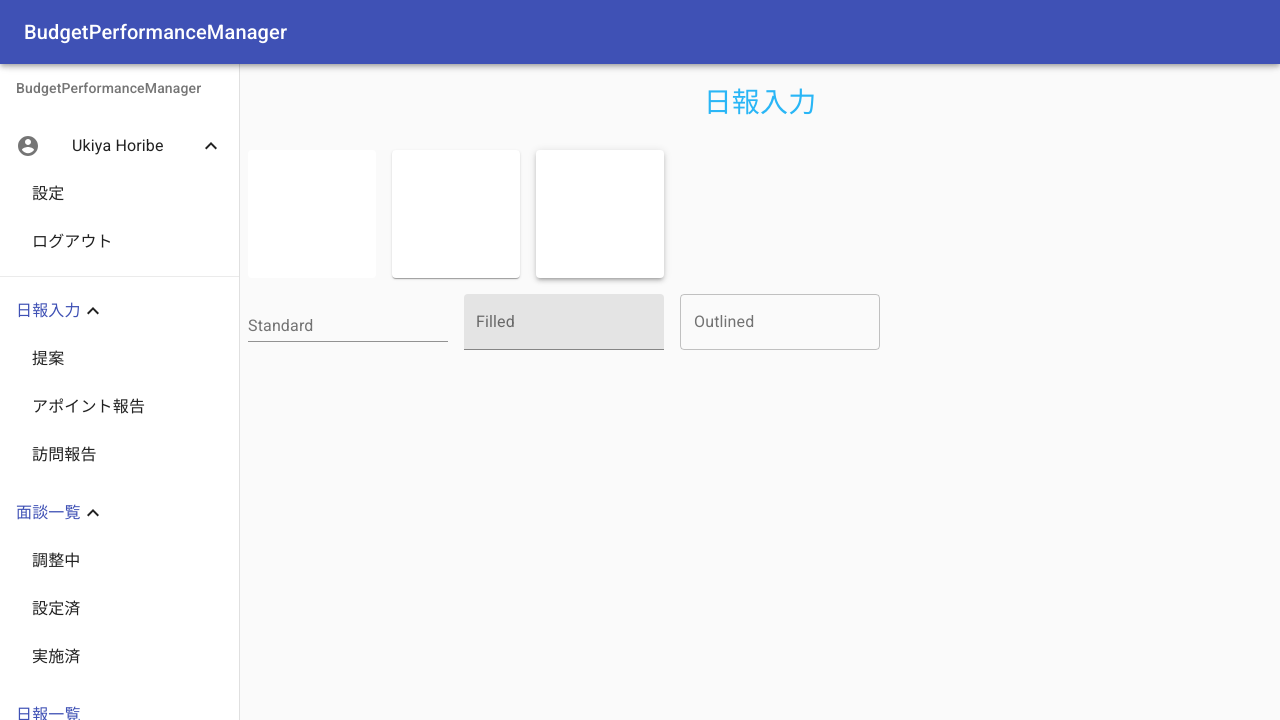
Repository: ukiyah/test
Page: /form_daily_report (app in src/)
These files come from the project's save history. The page is drawn as it stood at one moment and after the next save; the edit follows.
The browser window is 1280 px wide. The pictures show the whole page.
The project was rebuilt for these pictures with package versions that can differ from the ones it lists, and the page was loaded fresh each time. Also part of the build but not shown: src/Button.js, src/proposal/Table.js, src/proposal/list_proposal.js, src/Title.js, src/Chart.js, src/Deposits.js, src/Orders.js, src/Dashboard.js and 9 more.

Above is the page before, as saved 2020-02-26 13:40:01.

### src/index.css
body {
  margin: 0;
  font-family: -apple-system, BlinkMacSystemFont, 'Segoe UI', 'Roboto', 'Oxygen',
    'Ubuntu', 'Cantarell', 'Fira Sans', 'Droid Sans', 'Helvetica Neue',
    sans-serif;
  -webkit-font-smoothing: antialiased;
  -moz-osx-font-smoothing: grayscale;
}

code {
  font-family: source-code-pro, Menlo, Monaco, Consolas, 'Courier New',
    monospace;
}

.button {
  color: #000;
}

h1 {
  text-align: center;
  color:#29B6F6;
  font-weight: normal;
}

### src/App.js
import React from 'react';
import 'typeface-roboto';
import {
  BrowserRouter,
  Route
} from "react-router-dom";
import list_proposal from "./proposal/list_proposal";
import Dashboard from "./Dashboard";
import list_interview from "./interview/list_interview";
import list_closing from "./closing/list_closing";
import list_appointment from "./appointment/list_appointment";
import list_daily_report from "./daily_report/list_daily_report";
import form_daily_report from "./daily_report/form_daily_report";
class App extends React.Component{

  render() {
    return (
      <div>

        <BrowserRouter>
          <div>
            <Route exact path="/" component={Dashboard} />
            <Route path="/list_proposal" component={list_proposal} />
            <Route path="/list_interview" component={list_interview} />
            <Route path="/list_closing" component={list_closing} />
            <Route path="/list_appointment" component={list_appointment} />
            <Route path="/list_daily_report" component={list_daily_report} />
            <Route path="/form_daily_report" component={form_daily_report} />
          </div>
        </BrowserRouter>
        {/* <ClippedDrawer /> */}
      </div>
    );
  }

}

export default App;

### src/daily_report/form_daily_report.js
import React from 'react';
import { makeStyles } from '@material-ui/core/styles';
import CssBaseline from '@material-ui/core/CssBaseline';

import Drawer from "../Drawer";
import Form from "./Form";

const useStyles = makeStyles(theme => ({
  root: {
    display: 'flex',
  },
  appBarSpacer: theme.mixins.toolbar,
  content: {
    flexGrow: 1,
    height: '100vh',
    overflow: 'auto',
  },


}));

export default function Dashboard() {
  const classes = useStyles();

  return (
    <div className={classes.root}>
      <CssBaseline />
      <Drawer />
      <main className={classes.content}>
        <div className={classes.appBarSpacer} />
        <h1>日報入力</h1>
        <Form />
      </main>
    </div>
  );
}

### src/Drawer.js
import React from 'react';
import { makeStyles } from '@material-ui/core/styles';
import Drawer from '@material-ui/core/Drawer';
import AppBar from '@material-ui/core/AppBar';
import CssBaseline from '@material-ui/core/CssBaseline';
import Toolbar from '@material-ui/core/Toolbar';
import Typography from '@material-ui/core/Typography';
import SimpleTable from "./proposal/Table";
import NestedList from "./NestedList";
const drawerWidth = 240;

const useStyles = makeStyles(theme => ({
  root: {
    display: 'flex',
  },
  appBar: {
    zIndex: theme.zIndex.drawer + 1,
  },
  drawer: {
    width: drawerWidth,
    flexShrink: 0,
  },
  drawerPaper: {
    width: drawerWidth,
  },
  content: {
    flexGrow: 1,
    padding: theme.spacing(3),
  },
  toolbar: theme.mixins.toolbar,
}));

export default function ClippedDrawer() {
  const classes = useStyles();

  return (
    <div className={classes.root}>
      <CssBaseline />
      <AppBar position="fixed" className={classes.appBar}>
        <Toolbar>
          <Typography variant="h6" noWrap>
            BudgetPerformanceManager
          </Typography>
        </Toolbar>
      </AppBar>
      <Drawer
        className={classes.drawer}
        variant="permanent"
        classes={{
          paper: classes.drawerPaper,
        }}
      >
        <div className={classes.toolbar} />
        <NestedList />
      </Drawer>

    </div>
  );
}

### src/daily_report/Form.js
import React from 'react';
import { makeStyles } from '@material-ui/core/styles';
import TextField from '@material-ui/core/TextField';
import Paper from "./Paper";
const useStyles = makeStyles(theme => ({
    root: {
        '& > *': {
            margin: theme.spacing(1),
            width: 200,
        },
    },
}));

export default function BasicTextFields() {
    const classes = useStyles();

    return (
        <div>
            <Paper />
            <form className={classes.root} noValidate autoComplete="off">
                <TextField id="standard-basic" label="Standard" />
                <TextField id="filled-basic" label="Filled" variant="filled" />
                <TextField id="outlined-basic" label="Outlined" variant="outlined" />
            </form>
        </div>

    );
}

### src/NestedList.js
import React from 'react';
import { makeStyles } from '@material-ui/core/styles';
import ListSubheader from '@material-ui/core/ListSubheader';
import List from '@material-ui/core/List';
import ListItem from '@material-ui/core/ListItem';
import ListItemIcon from '@material-ui/core/ListItemIcon';
import ListItemText from '@material-ui/core/ListItemText';
import Collapse from '@material-ui/core/Collapse';
import InboxIcon from '@material-ui/icons/MoveToInbox';
import DraftsIcon from '@material-ui/icons/Drafts';
import SendIcon from '@material-ui/icons/Send';
import ExpandLess from '@material-ui/icons/ExpandLess';
import ExpandMore from '@material-ui/icons/ExpandMore';
import StarBorder from '@material-ui/icons/StarBorder';
import AccountCircle from '@material-ui/icons/AccountCircle';
import Divider from '@material-ui/core/Divider';
import Link from '@material-ui/core/Link';
const useStyles = makeStyles(theme => ({
  root: {
    width: '100%',
    maxWidth: 360,
    backgroundColor: theme.palette.background.paper,
  },
  nested: {
    paddingLeft: theme.spacing(4),
  },
}));

export default function NestedList() {
  const classes = useStyles();
  const [open1, setOpen1] = React.useState(true);
  const [open2, setOpen2] = React.useState(true);
  const [open3, setOpen3] = React.useState(true);
  const [open4, setOpen4] = React.useState(true);

  const handleClick1 = () => {
    setOpen1(!open1);
  };
  const handleClick2 = () => {
    setOpen2(!open2);
  };
  const handleClick3 = () => {
    setOpen3(!open3);
  };
  const handleClick4 = () => {
    setOpen4(!open4);
  };
  return (
    <List
      component="nav"
      aria-labelledby="nested-list-subheader"
      subheader={
        <ListSubheader component="div" id="nested-list-subheader">
          BudgetPerformanceManager
        </ListSubheader>
      }
      className={classes.root}
    >
      <div style={{ marginTop: 10, marginBottom: 10 }}>
        <ListItem button onClick={handleClick1}>
          <ListItemIcon>
            <AccountCircle />
          </ListItemIcon>
          <ListItemText primary="Ukiya Horibe" />
          {open1 ? <ExpandLess /> : <ExpandMore />}
        </ListItem>
        <Collapse in={open1} timeout="auto" unmountOnExit>
          <List component="div" disablePadding>
            <ListItem button className={classes.nested}>
              {/* <ListItemIcon>
              <StarBorder />
            </ListItemIcon> */}
              <ListItemText primary="設定" />
            </ListItem>
            <ListItem button className={classes.nested}>
              <ListItemText primary="ログアウト" />
            </ListItem>
          </List>
        </Collapse>
      </div>
      <Divider light />
      <div style={{ marginTop: 10 }}>
        <ListItem button onClick={handleClick2}>
          <Link href="form_daily_report" >
            <ListItemText primary="日報入力" />
          </Link>
          {open2 ? <ExpandLess /> : <ExpandMore />}
        </ListItem>
        <Collapse in={open2} timeout="auto" unmountOnExit>
          <List component="div" disablePadding>
            <ListItem button className={classes.nested}>
              <ListItemText primary="提案" />
            </ListItem>
            <ListItem button className={classes.nested}>
              <ListItemText primary="アポイント報告" />
            </ListItem>
            <ListItem button className={classes.nested}>
              <ListItemText primary="訪問報告" />
            </ListItem>
          </List>
        </Collapse>
      </div>
      <div style={{ marginTop: 10 }}>
        <ListItem button onClick={handleClick3}>
          <Link href="list_interview" >
            <ListItemText primary="面談一覧" />
          </Link>

          {open3 ? <ExpandLess /> : <ExpandMore />}
        </ListItem>
        <Collapse in={open3} timeout="auto" unmountOnExit>
          <List component="div" disablePadding>
            <ListItem button className={classes.nested}>
              <ListItemText primary="調整中" />
            </ListItem>
            <ListItem button className={classes.nested}>
              <ListItemText primary="設定済" />
            </ListItem>
            <ListItem button className={classes.nested}>
              <ListItemText primary="実施済" />
            </ListItem>
          </List>
        </Collapse>
      </div>
      <div style={{ marginTop: 10 }}>
        <ListItem button>
          <Link href="/list_daily_report" >
            <ListItemText primary="日報一覧" />
          </Link>
        </ListItem>
      </div>
      <div style={{ marginTop: 10 }}>
        <ListItem button onClick={handleClick4}>
          <ListItemText primary="その他の一覧" />

          {open4 ? <ExpandLess /> : <ExpandMore />}
        </ListItem>
        <Collapse in={open4} timeout="auto" unmountOnExit>
          <List component="div" disablePadding>
            <ListItem button className={classes.nested}>
              <Link href="/list_proposal" >
                <ListItemText primary="提案" />
              </Link>

            </ListItem>
            <ListItem button className={classes.nested}>
              <Link href="/list_closing" >
                <ListItemText primary="成約" />
              </Link>
            </ListItem>
            <ListItem button className={classes.nested}>
              <Link href="/list_appointment" >
                <ListItemText primary="架電報告" />
              </Link>
            </ListItem>
          </List>
        </Collapse>
      </div>
    </List>
  );
}

### src/daily_report/Paper.js
import React from 'react';
import { makeStyles } from '@material-ui/core/styles';
import Paper from '@material-ui/core/Paper';

const useStyles = makeStyles(theme => ({
  root: {
    display: 'flex',
    flexWrap: 'wrap',
    '& > *': {
      margin: theme.spacing(1),
      width: theme.spacing(16),
      height: theme.spacing(16),
    },
  },
}));

export default function SimplePaper() {
  const classes = useStyles();

  return (
    <div className={classes.root}>
      <Paper elevation={0} />
      <Paper />
      <Paper elevation={3} />
    </div>
  );
}

Loaded but not shown: src/index.js (common file); src/serviceWorker.js (common file)

After the next save:
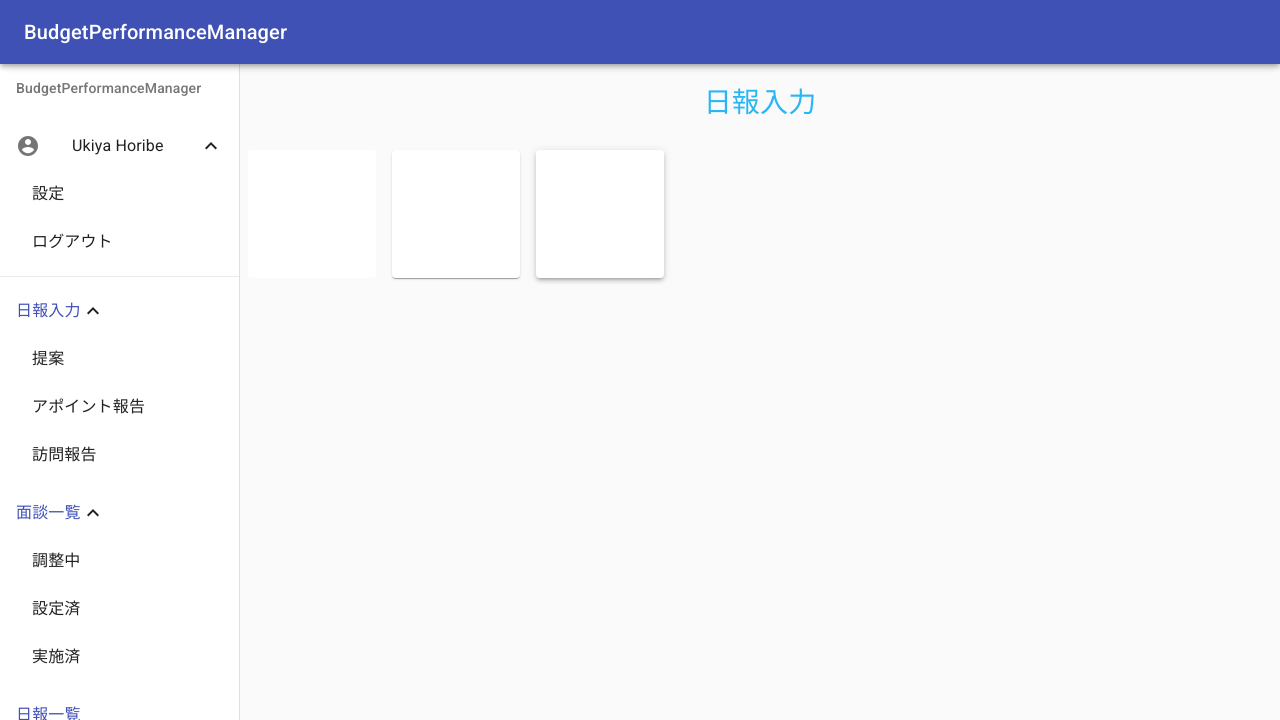
Saved 24 s later.
--- a/src/daily_report/Form.js
+++ b/src/daily_report/Form.js
@@ -16,12 +16,13 @@ export default function BasicTextFields() {
 
     return (
         <div>
-            <Paper />
+            <Paper>
             <form className={classes.root} noValidate autoComplete="off">
                 <TextField id="standard-basic" label="Standard" />
                 <TextField id="filled-basic" label="Filled" variant="filled" />
                 <TextField id="outlined-basic" label="Outlined" variant="outlined" />
             </form>
+            </Paper>
         </div>
 
     );
